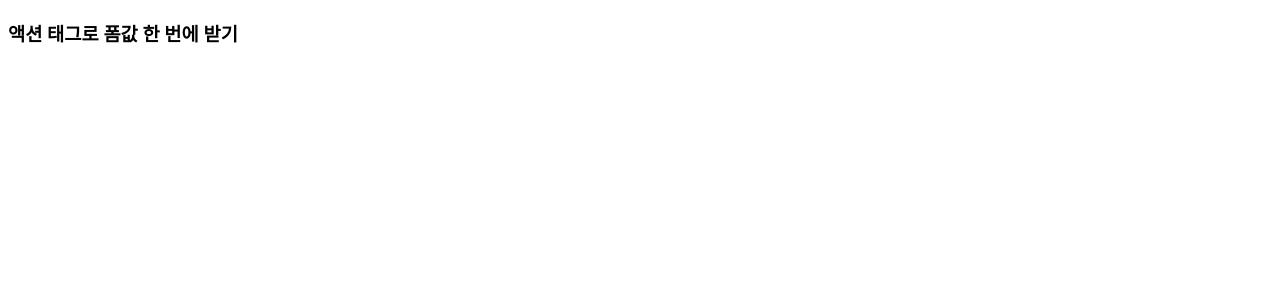
Repository: ks12b0000/JSP-School-Class
Page: http://localhost/chap10_JSP/useBeanAction.jsp
An editor plug-in stored every save of this project. The page is shown before and after the next save, followed by the edit.
The browser window is 1280 px wide. The pictures show the whole page.
The page is served by Tomcat 9.

Above is the page before, as saved 2022-06-02 06:16:51.

After the next save:
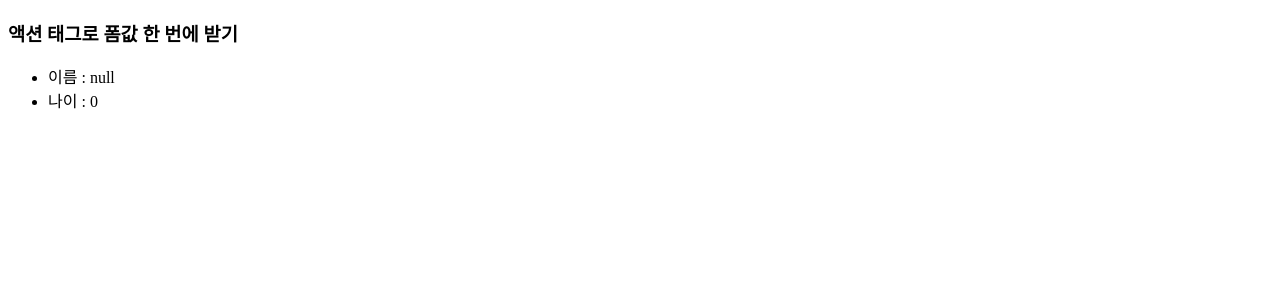
Saved 2 min 58 s later.
--- a/chap10_JSP/src/main/webapp/useBeanAction.jsp
+++ b/chap10_JSP/src/main/webapp/useBeanAction.jsp
@@ -10,5 +10,10 @@
 <body>
 	<h3>액션 태그로 폼값 한 번에 받기</h3>
 	<jsp:useBean id="person" class="kr.co.ezenac.bean.Person" />
+	<jsp:setProperty property="*" name="person" />
+	<ul>
+		<li>이름 : <jsp:getProperty property="name" name="person"/></li>
+		<li>나이 : <jsp:getProperty property="age" name="person"/></li>
+	</ul>
 </body>
 </html>
